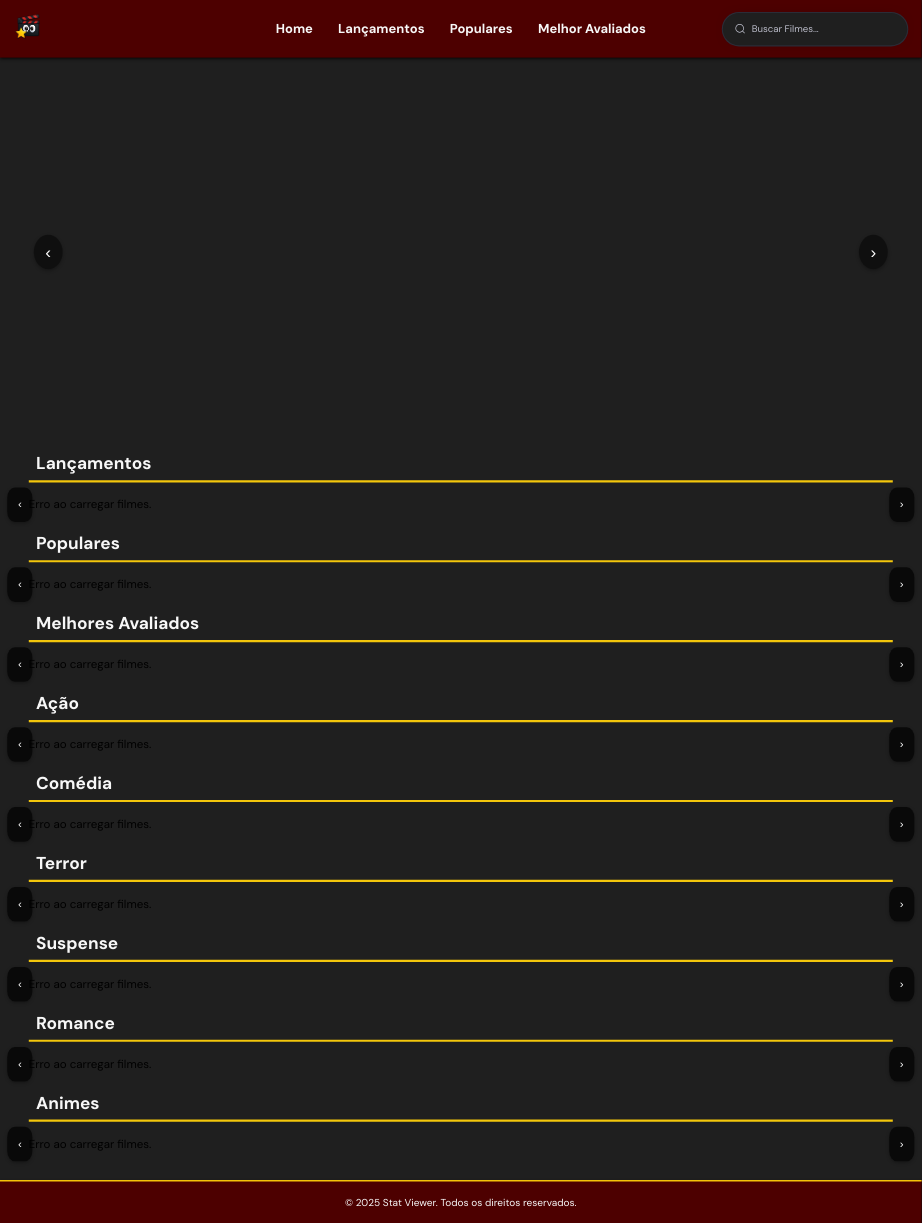
Repository: juanpablitozito/stat-viewer
Page: index.html
An editor plug-in stored every save of this project. The page is shown before and after the next save, followed by the edit.
The browser window is 1280 px wide. The pictures show the whole page, at 72% of full size.
The page's requests for data from a server got no answer.

Above is the page before, as saved 2025-10-02 08:18:19.

### index.html
<!DOCTYPE html>
<html lang="pt-br">
<head>
    <meta charset="UTF-8">
    <meta name="viewport" content="width=device-width, initial-scale=1.0">
    <link rel="shortcut icon" href="/assets/img/logo_stat.ico" type="image/x-icon">
    <title>Stat Viewer</title>
    <link rel="stylesheet" href="src/styles/style.css">
    <link rel="preconnect" href="https://fonts.googleapis.com">
    <link rel="preconnect" href="https://fonts.gstatic.com" crossorigin>
    <link href="https://fonts.googleapis.com/css2?family=DM+Sans:ital,opsz,wght@0,9..40,100..1000;1,9..40,100..1000&display=swap" rel="stylesheet">
    <script src="https://cdn.jsdelivr.net/npm/sweetalert2@11"></script>
</head>
<body>

    <header>
        <section class="nav-bar">

            <nav id="home">

                <a href="/src/pages/login.html"><img src="assets/img/logo_stat.ico" alt="logo" ></a>

                <ul>

                    <li><a href="#home">Home</a></li>
                    <li><a href="#lançamentos">Lançamentos</a></li>
                    <li><a href="#populares">Populares</a></li>
                    <li><a href="#melhoravaliados">Melhor Avaliados</a></li>
                </ul>

                <div class="search-container">
                  <div class="group">
                    <svg viewBox="0 0 24 24" aria-hidden="true" class="search-icon">
                      <g>
                        <path
                          d="M21.53 20.47l-3.66-3.66C19.195 15.24 20 13.214 20 11c0-4.97-4.03-9-9-9s-9 4.03-9 9 4.03 9 9 9c2.215 0 4.24-.804 5.808-2.13l3.66 3.66c.147.146.34.22.53.22s.385-.073.53-.22c.295-.293.295-.767.002-1.06zM3.5 11c0-4.135 3.365-7.5 7.5-7.5s7.5 3.365 7.5 7.5-3.365 7.5-7.5 7.5-7.5-3.365-7.5-7.5z"
                        ></path>
                      </g>
                    </svg>
                    <input
                      id="query"
                      class="input"
                      type="search"
                      placeholder="Buscar Filmes..."
                      name="searchbar"

                    />
                  </div>
                </div>

                <!-- Overlay para resultados da busca -->
                <div id="searchResultsOverlay" class="search-overlay hidden">
                  <div id="searchResults" class="search-results"></div>
                </div>
            </nav>

        </section>

    </header>
    <main>

      <section >
        <div class="carrossel">
          <div class="slides" id="slides">

          </div>

          <button class="btn anterior" onclick="voltarSlide()">‹</button>
          <button class="btn proximo" onclick="avancarSlide()">›</button>
        </div>
      </section>

      <section id="lançamentos">
        <h2>Lançamentos</h2>
        <div class="movie-section">
          <button class="prev-launches">‹</button>
          <div id="launches" class="movie-row"></div>
          <button class="next-launches">›</button>
        </div>
      </section>

      <section id="populares">
        <h2>Populares</h2>
        <div class="movie-section">
          <button class="prev-popular">‹</button>
          <div id="popular" class="movie-row"></div>
          <button class="next-popular">›</button>
        </div>
      </section>

      <section id="melhoravaliados">
        <h2>Melhores Avaliados</h2>
        <div class="movie-section">
          <button class="prev-topRated">‹</button>
          <div id="topRated" class="movie-row"></div>
          <button class="next-topRated">›</button>
        </div>
      </section>

      <section>
        <h2>Ação</h2>
        <div class="movie-section">
          <button class="prev-acao">‹</button>
          <div id="acao" class="movie-row"></div>
          <button class="next-acao">›</button>
        </div>
      </section>

      <section>
        <h2>Comédia</h2>
        <div class="movie-section">
          <button class="prev-comedia">‹</button>
          <div id="comedia" class="movie-row"></div>
          <button class="next-comedia">›</button>
        </div>
      </section>

      <section>
        <h2>Terror</h2>
        <div class="movie-section">
          <button class="prev-terror">‹</button>
          <div id="terror" class="movie-row"></div>
          <button class="next-terror">›</button>
        </div>
      </section>

      <section>
        <h2>Suspense</h2>
        <div class="movie-section">
          <button class="prev-suspense">‹</button>
          <div id="suspense" class="movie-row"></div>
          <button class="next-suspense">›</button>
        </div>
      </section>

      <section>
        <h2>Romance</h2>
        <div class="movie-section">
          <button class="prev-romance">‹</button>
          <div id="romance" class="movie-row"></div>
          <button class="next-romance">›</button>
        </div>
      </section>

      <section>
        <h2>Animes</h2>
        <div class="movie-section">
          <button class="prev-anime">‹</button>
          <div id="anime" class="movie-row"></div>
          <button class="next-anime">›</button>
        </div>
      </section>



    </main>


      <!-- Caixa de avaliaçao -->
      <div id="movieModal" class="modal hidden">
        <div class="modal-container">
        <div class="modal-image" id="modalBgImage"></div>
        <div class="modal-content">
          <span id="closeModal" class="close-button">&times;</span>

          <div class="modal-header">
            <h2 id="modalTitle"></h2>
            <p id="modalRating"></p>
            <p id="modalRelease"></p>
          </div>

          <hr>

          <div class="sinopse">

            <h5> Sinopse:</h5>

            <p id="modalOverview"></p>

          </div>

            <hr>


          <div id="modalTrailer">
            <!-- O trailer será inserido aqui via JavaScript -->
          </div>
        </div>
      </div>
    </div>

    <footer>
    <!-- <div class="social">
      <a href="https://www.facebook.com" target="_blank"><img src="assets/img/facebook.png" alt="Facebook" class="social-icon"></a>
      <a href="https://www.twitter.com" target="_blank"><img src="assets/img/twitter.png" alt="Twitter" class="social-icon"></a>
      <a href="https://www.instagram.com" target="_blank"><img src="assets/img/instagram.png" alt="Instagram" class="social-icon"></a>
      <a href="https://www.linkedin.com" target="_blank"><img src="assets/img/linkedin.png" alt="LinkedIn" class="social-icon"></a>
    </div> -->
      <p>© 2025 Stat Viewer. Todos os direitos reservados.</p>
    </footer>

    <script src="src/js/script.js"></script>
</body>
</html>

### src/styles/style.css
/* ===== VARIÁVEIS GLOBAIS ===== */
:root {
  --cor-primaria: #1f1f1f;
  --accent-color: #a8a8a8;
  --highlight-color: #f7f7f7;
  --button-color: rgba(255, 208, 11, 0.945);
  --button-hover-color: rgba(250, 203, 14, 0.637);;
  --segunda-cor: rgb(77, 0, 0);
  --text-color: #f7f7f7;
  --sombra: rgba(0, 0, 0, 1) 0px 2px 5px;
  --transition: all 0.3s ease;
}

/* ===== RESET E CONFIGURAÇÕES GERAIS ===== */
* {
  box-sizing: border-box;
  scroll-behavior: smooth;
  margin: 0;
  padding: 0;
}

body {
  background-color: var(--cor-primaria);
  font-family: DM Sans, sans-serif;
}

/* ===== NAVEGAÇÃO ===== */
nav {
  position: fixed;
  z-index: 10001;
  width: 100%;
  top: 0;
  height: 80px;
  background-color: var(--segunda-cor);
  display: flex;
  justify-content: space-between;
  align-items: center;
  padding: 5px 20px;
  box-shadow: var(--sombra);
}

/* Lista de navegação */
ul {
  display: flex;
  flex-direction: row;
  position: absolute;
  left: 50%;
  transform: translateX(-50%);
  list-style: none;
  gap: 35px;
}

a {
  color: var(--text-color);
  text-decoration: none;
  font-size: 18px;
  font-weight: bold;
}

a:hover {
  color: var(--accent-color);
  transition: var(--transition);
}

nav img {
  width: 3vw;
}

/* ===== BARRA DE PESQUISA ===== */
.group {
  display: flex;
  line-height: 28px;
  align-items: center;
  position: relative;
}

.input {
  font-family: "DM Sans", sans-serif;
  width: 20vw;
  height: 45px;
  padding-left: 2.5rem;
  box-shadow: 0 0 0 1.5px #2b2c37, 0 0 25px -17px #000;
  border: 0;
  border-radius: 30px;
  background-color: var(--cor-primaria);
  outline: none;
  color: #bdbecb;
  transition: var(--transition);
  cursor: text;
  z-index: 0;
}

.input::placeholder {
  color: #bdbecb;
}

.input:hover {
  box-shadow: 0 0 0 2.5px #2f303d, 0px 0px 25px -15px #000;
}

.input:active {
  transform: scale(0.95);
}

.input:focus {
  box-shadow: 0 0 0 2.5px #2f303d;
}

.search-icon {
  position: absolute;
  left: 1rem;
  fill: #bdbecb;
  width: 1rem;
  height: 1rem;
  pointer-events: none;
  z-index: 1;
}

/* ===== CARROSSEL PRINCIPAL ===== */
.carrossel {
  position: relative;
  width: 95vw;
  height: auto;
  margin: 100px auto 10px;
  overflow: hidden;
  border-radius: 10px;
  box-shadow: 0 4px 10px var(--sombra);
}
 .carrossel::before {
            content: '';
            position: absolute;
            bottom: 0;
            left: 0;
            width: 100%;
            height: 100%;
            background: linear-gradient(
                to top,
                 #1f1f1f 0%,
                transparent 50%,
                transparent 100%
            );
            z-index: 1;
        }

        /* .carrossel::after {
            content: '';
            position: absolute;
            top: 0;
            left: 0;
            width: 10%;
            height: 100%;
            background: linear-gradient(
                to right,
                 #1f1f1f 0%,
                transparent 50%,
                transparent 10%
            );

            z-index: 1;
        } */

.slides {
  display: flex;
  transition: transform 1.5s ease-in-out;
  height: 100%;
}

.slides img {
  width: 100%;
  height: 100%;
  flex-shrink: 0;
}

/* Botões do carrossel */
.btn {
  position: absolute;
  top: 50%;
  transform: translateY(-50%);
  background: rgba(0, 0, 0, 0.5);
  color: white;
  border: none;
  padding: 10px 16px;
  font-size: 24px;
  cursor: pointer;
  border-radius: 50%;
}

.btn.anterior {
  left: 15px;
}

.btn.proximo {
  right: 15px;
}

.btn:hover {
  background: rgba(0, 0, 0, 0.7);
}

/* ===== SEÇÕES DE CATÁLOGO ===== */
h1 {
  text-align: center;
  padding: 10px 20px;
  margin: 10px;
  color: var(--text-color);
}

h2 {
  padding: 8px 10px;
  margin: 20px 40px;
  color: var(--text-color);
  border-bottom: 3px solid var(--button-color);
}

/* Container das seções de filmes */
.movie-section {
  display: flex;
  align-items: center;
  position: relative;
}

.movie-row {
  display: flex;
  overflow-x: hidden;
  scroll-behavior: smooth;
  position: relative;
  margin: 0 40px;
}

/* ===== CARDS DE FILMES ===== */
.card-movie {
  width: 200px;
  height: 350px;
  border-radius: 8px;
  overflow: hidden;
  text-align: center;
  padding: 10px;
  flex: 0 0 auto;
  display: flex;
  flex-direction: column;
  justify-content: space-between;
}

.card-movie img {
  width: 100%;
  height: 300px;
  border-radius: 8px;
  object-fit: cover;
  object-position: center;
  cursor: pointer;
  box-shadow: var(--sombra);
}

.card-movie img:hover {
  transform: scale(1.10);
  transition: var(--transition);
  box-shadow: 0 4px 20px var(--sombra);
}

.card-movie h3 {
  display: none;
}

/* ===== BOTÕES DE NAVEGAÇÃO DAS SEÇÕES ===== */
section button {
  background-color: rgba(0, 0, 0, 0.5);
  color: white;
  border: none;
  padding: 10px 20px;
  font-size: 16px;
  cursor: pointer;
  transition: background-color 0.3s ease;
  position: absolute;
  top: 50%;
  transform: translateY(-50%);
  z-index: 10;
  background-color: rgba(0, 0, 0, 0.7);
  padding: 15px;
  border-radius: 30%;
  box-shadow: 0 2px 5px rgba(0, 0, 0, 0.3);
}

section button:hover {
  background-color: rgba(0, 0, 0, 0.9);
}

/* Containers das seções */
#launches, #popular, #topRated, #acao, #comedia, #terror, #suspense, #romance, #anime {
  position: relative;
}

/* Botões anteriores */
.prev-launches, .prev-popular, .prev-topRated, .prev-acao, .prev-comedia, .prev-terror, .prev-suspense, .prev-romance, .prev-anime {
  left: 10px;
}

/* Botões próximos */
.next-launches, .next-popular, .next-topRated, .next-acao, .next-comedia, .next-terror, .next-suspense, .next-romance, .next-anime {
  right: 10px;
}

/* ===== MODAL DE DETALHES ===== */
.modal {
  position: fixed;
  inset: 0;
  background-color: rgba(0, 0, 0, 0.85);
  display: flex;
  align-items: center;
  justify-content: center;
  z-index: 9999;
}

.modal-container::-webkit-scrollbar {
  display: none;
}

.modal-container {
  display: flex;
  flex-direction: column;
  width: 50%;
  max-width: 900px;
  height: 750px;
  background-color: var(--cor-primaria);
  border-radius: 8px;
  /* overflow: hidden; */
  overflow-y: scroll;
  color: white;

}
 .modal-image::after {
            content: '';
            position: absolute;
            bottom: 0;
            left: 0;
            width: 100%;
            height: 100%;
            background: linear-gradient(
                to top,
                 #1f1f1f 0%,
                transparent 50%,
                transparent 100%
            );
            z-index: 1;
        }

.modal-image {
  flex: 0 0 60%;
  background-size: cover;
  background-repeat: no-repeat;
  background-position: center;
  position: relative;

}

.modal-content {
  background-color: var(--cor-primaria);
  padding: 40px;
  border-radius: 10px;
  max-width: 800px;
  max-height: 800px;
  height: 100%;
  width: 100%;
  color: var(--text-color);
  position: relative;
  margin: 20px auto 40px;
}

/* Elementos do modal */
#modalTitle {
  padding: 0;
  margin: 0;
  border: none;
}

#modalRating {
  position: absolute;
  top: 35px;
  right: 100px;
}

.btn-trailer {
  padding: 10px 20px;
  background-color: var(--button-color);
  /* border: 1px solid white; */
  border-radius: 1px;
  font-weight: bold;
  font-size: 14px;
  box-shadow: var(--sombra);
  border-radius:5px ;
  transition: var(--transition);
}

.btn-trailer:hover {
  background-color: var(--button-hover-color);
  box-shadow: 0 4px 15px var(--sombra) ;

  cursor: pointer;
  transform: translateY(-3px);
}

h5 {
  font-size: 18px;
  margin: 0;
  padding: 0;
}

.sinopse {
  margin: 20px 0;
}

#modalOverview {
  font-family: 'Montserrat', sans-serif;
  color: var(--accent-color);
  width: 100%;
  margin: 0;
}

.close-button {
  position: absolute;
  top: 10px;
  right: 15px;
  font-size: 22px;
  cursor: pointer;
  color: var(--button-color);
}

hr {
  margin: 20px 0;
}

/* ===== SISTEMA DE BUSCA ===== */
.search-overlay {
  position: fixed;
  top: 70px;
  left: 0;
  right: 0;
  bottom: 0;
  background-color: rgba(0, 0, 0, 0.95);
  z-index: 999;
  overflow-y: auto;
  padding: 20px;
}

.search-results {
  display: flex;
  flex-wrap: wrap;
  gap: 20px;
}

/* ===== COMPONENTES DE ALERTA ===== */
.meu-popup {
  background: var(--cor-primaria);
  border-radius: 20px;
  box-shadow: 10px 10px 100px rgba(255, 0, 0, 0.274);
}

.meu-titulo {
  font-family: 'Poppins', sans-serif;
  color: var(--text-color);
  border: none;
}

.meu-botao {
  background-color: var(--segunda-cor);
  color: var(--text-color);
  transition: var(--transition);
  border-radius: 10px;
  padding: 8px 20px;
  border: none;
}

.meu-botao:hover {
  background-color: #4d000080;
  color: var(--text-color);
  transform: translate(1.05);
}

/* ==== Rodapé ==== */
footer {
  background-color: var(--segunda-cor);
  color: var(--text-color);
  text-align: center;
  padding: 20px;
  margin-top: 40px;
  box-shadow: var(--sombra);
  font-size: 14px;
  z-index: 10000;
  position: relative;
  width: 100%;
  bottom: 0;
  border-top: var(--button-color) 2px solid;
}
/* ===== CLASSES UTILITÁRIAS ===== */
.hidden {
  display: none;
}

/* ===== RESPONSIVIDADE ===== */

/* Dispositivos móveis (até 767px) */
@media (max-width: 767px) {
  /* Navegação */
  nav {
    flex-direction: column;
    padding: 10px;
    height: auto;
  }

  nav img {
    width: 40px;
    margin-bottom: 10px;
  }

  ul {
    position: static;
    transform: none;
    flex-wrap: wrap;
    justify-content: center;
    gap: 15px;
    margin-top: 10px;
    margin-bottom: 10px;
  }

  .search-container {
    width: 100%;
    margin-top: 10px;
  }

  .input {
    width: 100%;
  }

  /* Carrossel */
  .carrossel {
    height: 200px;
    margin: 70px auto 20px;
  }

  /* Seções de filmes */
  h2 {
    padding: 10px 20px;
    font-size: 1.2rem;
  }

  .movie-section {
    margin: 0;
  }

  .movie-row {
    margin: 0 15px;
    scroll-padding: 0 15px;
  }

  .card-movie {
    width: 150px;
    height: 250px;
  }

  .card-movie img {
    height: 200px;
  }

  section button {
    padding: 8px;
    font-size: 12px;
  }

  /* Modal */
  .modal-container {
    flex-direction: column;
    height: auto;
    max-height: 90vh;
    overflow-y: auto;
  }

  .modal-image {
    flex: 0 0 200px;
    min-height: 200px;
  }

  .modal-content {
    padding: 15px;
  }

  /* Busca */
  .search-overlay {
    top: 150px;
  }

  .search-results {
    justify-content: center;
  }
}

/* Tablets (768px a 1023px) */
@media (min-width: 768px) and (max-width: 1023px) {
  /* Navegação */
  nav {
    padding: 10px 15px;
  }

  nav img {
    width: 30px;
  }

  ul {
    gap: 20px;
  }

  .input {
    width: 25vw;
  }

  /* Carrossel */
  .carrossel {
    height: 400px;
    margin: 80px auto 30px;
  }

  /* Seções de filmes */
  h2 {
    padding: 15px 30px;
  }

  .movie-row {
    margin: 0 30px;
  }

  .card-movie {
    width: 180px;
    height: 300px;
  }

  .card-movie img {
    height: 250px;
  }

  /* Modal */
  .modal-container {
    height: 70vh;
  }

  .modal-image {
    flex: 0 0 30%;
  }
}

/* Notebooks e Desktops (1024px a 1439px) */
@media (min-width: 1024px) and (max-width: 1439px) {
  /* Carrossel */
  .carrossel {
    height: 500px;
  }

  /* Cards de filmes */
  .card-movie {
    width: 190px;
    height: 320px;
  }

  .card-movie img {
    height: 270px;
  }
}

Loaded but not shown: src/js/script.js (604 lines, source omitted)

After the next save:
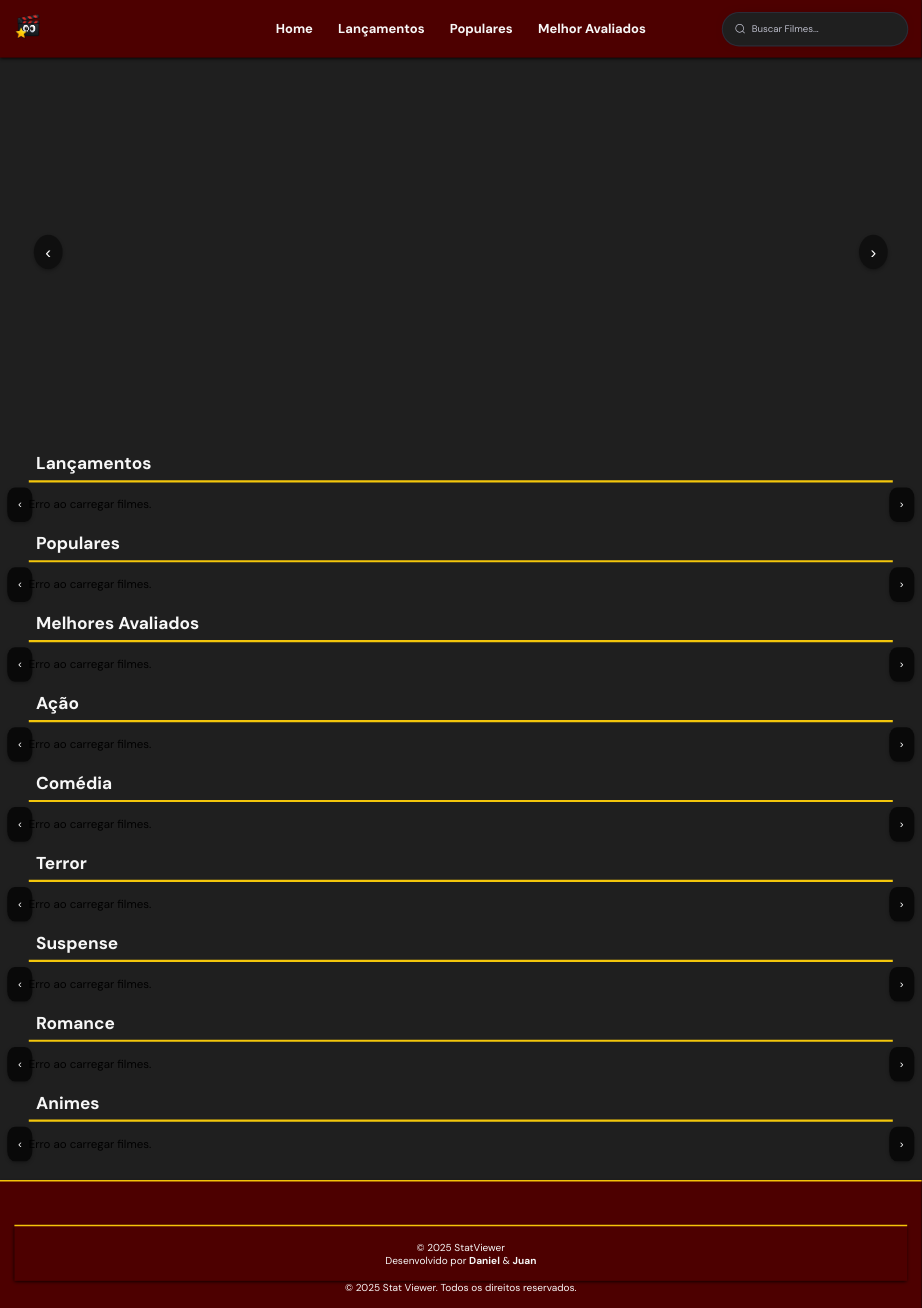
Saved 17 min 54 s later.
--- a/index.html
+++ b/index.html
@@ -190,12 +190,15 @@
     </div>
 
     <footer>
-    <!-- <div class="social">
-      <a href="https://www.facebook.com" target="_blank"><img src="assets/img/facebook.png" alt="Facebook" class="social-icon"></a>
-      <a href="https://www.twitter.com" target="_blank"><img src="assets/img/twitter.png" alt="Twitter" class="social-icon"></a>
-      <a href="https://www.instagram.com" target="_blank"><img src="assets/img/instagram.png" alt="Instagram" class="social-icon"></a>
-      <a href="https://www.linkedin.com" target="_blank"><img src="assets/img/linkedin.png" alt="LinkedIn" class="social-icon"></a>
-    </div> -->
+<footer>
+  <p>© 2025 StatViewer</p>
+  <p>Desenvolvido por <strong>Daniel</strong> & <strong>Juan</strong></p>
+  <div class="social-links">
+    <a href="https://github.com/dan2135" target="_blank" title="GitHub Daniel"><i class="fab fa-github"></i></a>
+    <a href="https://github.com/usuario-do-juan" target="_blank" title="GitHub Juan"><i class="fab fa-github"></i></a>
+  </div>
+</footer>
+
       <p>© 2025 Stat Viewer. Todos os direitos reservados.</p>
     </footer>
 
